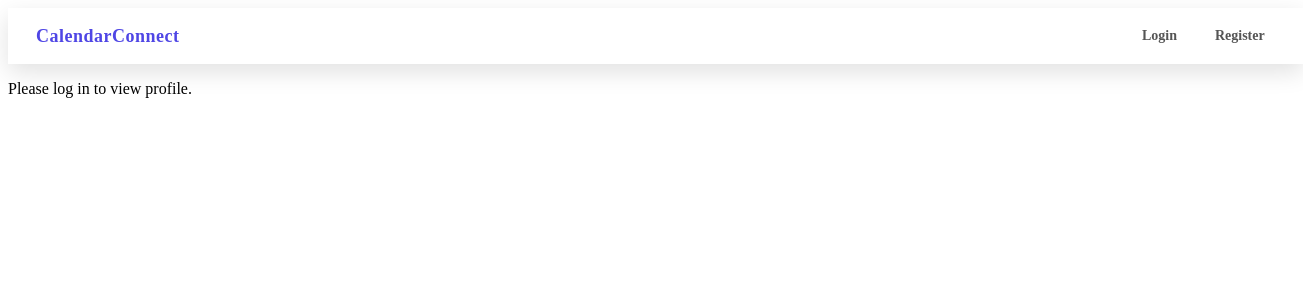
Repository: BMXracer44/CalendarConnect
Page: /profile (app in frontend/)
An editor plug-in stored every save of this project. The page is shown before and after the next save, followed by the edit.
The browser window is 1280 px wide. The page is 1303 px wide, then 1280 px, then 1303 px, so the pictures cover 1303 px, including what lies to the right of the window. The pictures show the whole page.
The project was rebuilt for these pictures with package versions that can differ from the ones it lists, and the page was loaded fresh each time. Also part of the build but not shown: frontend/src/pages/Login.jsx, frontend/src/pages/Register.jsx, frontend/src/pages/Calendar.jsx.

Above is the page before, as saved 2026-04-14 10:57:41.

### frontend/src/index.js
import React from "react";
import ReactDOM from "react-dom/client";
import App from "./App";
import { AuthProvider } from "./context/AuthContext";
import { router } from "./router";
import { RouterProvider } from "react-router-dom";
import "./index.css";

ReactDOM.createRoot(document.getElementById("root")).render(
  <AuthProvider>
    <RouterProvider router={router} />
  </AuthProvider>
);

### frontend/src/App.js
import { Outlet } from "react-router-dom";
import Navbar from "./components/Navbar";
import "./index.css";

function App() {
  return (
    <div>
      <Navbar />
      <Outlet />
    </div>
  );
}

export default App;

### frontend/src/context/AuthContext.js
import { createContext, useState } from "react";

export const AuthContext = createContext();

export const AuthProvider = ({ children }) => {
  const [user, setUser] = useState(() => {
    const token = localStorage.getItem("token");
    const username = localStorage.getItem("username");

    return token && username ? { username, token } : null;
  });

  const login = (data) => {
    const username = data.username || data.user?.username;

    localStorage.setItem("token", data.token);
    localStorage.setItem("username", username);

    setUser({ username, token: data.token });
  };

  const logout = () => {
    localStorage.removeItem("token");
    localStorage.removeItem("username");
    setUser(null);
  };

  return (
    <AuthContext.Provider value={{ user, login, logout }}>
      {children}
    </AuthContext.Provider>
  );
};

### frontend/src/router.jsx
import { createBrowserRouter } from "react-router-dom";
import App from "./App";
import Login from "./pages/Login";
import Register from "./pages/Register";
import Home from "./pages/Home";
import Profile from "./pages/Profile";
import Calendar from "./pages/Calendar";

export const router = createBrowserRouter([
  {
    path: "/",
    element: <App />,
    children: [
      { index: true, element: <Login /> },
      { path: "register", element: <Register /> },
      { path: "calendar", element: <Calendar /> },
      { path: "profile", element: <Profile /> }
    ]
  }
]);

### frontend/src/index.css
/* =========================
   GLOBAL PAGE BACKGROUND
========================= */
.login-container {
  min-height: 100vh;
  display: flex;
  justify-content: center;
  align-items: center;
  padding: 20px;
  background: linear-gradient(135deg, #667eea, #764ba2);
  font-family: Arial, sans-serif;
}

/* =========================
   AUTH CARD (LOGIN + REGISTER)
========================= */
.login-card {
  width: 100%;
  max-width: 400px;
  background: #ffffff;
  padding: 40px 35px;
  border-radius: 16px;
  box-shadow: 0 15px 40px rgba(0, 0, 0, 0.25);
  text-align: center;
  animation: fadeIn 0.4s ease-in-out;
}

/* Card animation */
@keyframes fadeIn {
  from {
    opacity: 0;
    transform: translateY(15px);
  }
  to {
    opacity: 1;
    transform: translateY(0);
  }
}

/* =========================
   HEADINGS
========================= */
.login-card h2 {
  font-size: 26px;
  margin-bottom: 8px;
  color: #333;
}

.login-card p {
  font-size: 14px;
  color: #777;
  margin-bottom: 18px;
}

/* =========================
   INPUT FIELDS
========================= */
.login-card input {
  width: 100%;
  padding: 12px 14px;
  margin-top: 12px;
  border: 1px solid #ddd;
  border-radius: 10px;
  font-size: 14px;
  outline: none;
  transition: all 0.25s ease;
}

/* Focus effect */
.login-card input:focus {
  border-color: #667eea;
  box-shadow: 0 0 8px rgba(102, 126, 234, 0.35);
}

/* =========================
   BUTTON
========================= */
.login-card button {
  width: 100%;
  padding: 12px;
  margin-top: 18px;
  background: #667eea;
  color: white;
  border: none;
  border-radius: 10px;
  font-size: 15px;
  font-weight: bold;
  cursor: pointer;
  transition: all 0.2s ease;
}

/* Hover effect */
.login-card button:hover {
  background: #5a67d8;
  transform: translateY(-2px);
}

/* =========================
   ERROR & SUCCESS MESSAGES
========================= */
.error-text {
  color: #e74c3c;
  font-size: 13px;
  margin-top: 10px;
}

.success-text {
  color: #2ecc71;
  font-size: 13px;
  margin-top: 10px;
}

/* =========================
   BOTTOM TEXT LINKS
========================= */
.bottom-text {
  margin-top: 18px;
  font-size: 13px;
  color: #555;
}

.bottom-text a {
  color: #667eea;
  font-weight: bold;
  text-decoration: none;
}

.bottom-text a:hover {
  text-decoration: underline;
}

/* =========================
   REGISTER SPACING (optional)
========================= */
.register-extra-spacing input {
  margin-top: 14px;
}

/* =========================
   NAVBAR (CLEAN MODERN STYLE)
========================= */

.navbar {
  width: 98%;
  display: flex;
  justify-content: space-between;
  align-items: center;

  padding: 14px 28px;

  /* matches login gradient theme subtly */
  background: rgba(255, 255, 255, 0.9);
  backdrop-filter: blur(10px);

  box-shadow: 0 8px 25px rgba(0, 0, 0, 0.12);
  position: sticky;
  top: 0;
  z-index: 1000;
}

/* LEFT BRAND */
.navbar-left {
  font-size: 18px;
  font-weight: 700;
  color: #4f46e5; /* matches purple theme */
  letter-spacing: 0.5px;
}

/* RIGHT SECTION */
.navbar-right {
  display: flex;
  align-items: center;
  gap: 18px;
}

/* LINKS */
.nav-link {
  text-decoration: none;
  font-size: 14px;
  font-weight: 600;
  color: #555;
  padding: 6px 10px;
  border-radius: 8px;
  transition: 0.2s ease;
}

.nav-link:hover {
  background: rgba(102, 126, 234, 0.12);
  color: #4f46e5;
}

/* USERNAME */
.nav-user {
  font-size: 14px;
  font-weight: 600;
  color: #333;
  padding: 6px 10px;
  border-radius: 8px;
  background: rgba(102, 126, 234, 0.08);
}

/* LOGOUT BUTTON */
.nav-button {
  padding: 7px 12px;
  border: none;
  border-radius: 10px;

  background: linear-gradient(135deg, #667eea, #764ba2);
  color: white;

  font-size: 13px;
  font-weight: 600;

  cursor: pointer;
  transition: 0.2s ease;
}

.nav-button:hover {
  transform: translateY(-2px);
  box-shadow: 0 6px 15px rgba(102, 126, 234, 0.35);
}

/* =========================
   CALENDAR PAGE (FULL SCREEN LAYOUT)
========================= */

.calendar-page {
  height: 100vh;
  display: flex;
  flex-direction: column;
  padding: 20px;
  box-sizing: border-box;

  /* same theme as login page */
  background: linear-gradient(135deg, #667eea, #764ba2);
  font-family: Arial, sans-serif;
}

/* TITLE */
.calendar-title {
  color: white;
  font-size: 22px;
  font-weight: bold;
  margin-bottom: 12px;
}

/* CALENDAR CONTAINER */
.calendar-wrapper {
  flex: 1; /* makes it fill remaining space */

  background: white;
  border-radius: 16px;
  padding: 12px;

  box-shadow: 0 15px 40px rgba(0, 0, 0, 0.25);

  display: flex;
  flex-direction: column;
  overflow: hidden;
}

/* =========================
   FULLCALENDAR FIXES
========================= */

/* make calendar stretch fully */
.fc {
  flex: 1;
  height: 100% !important;
  font-size: 13px;
}

/* toolbar (top buttons) */
.fc-toolbar {
  flex-wrap: wrap;
  gap: 8px;
}

/* calendar body */
.fc-view-harness {
  flex: 1;
  height: 100% !important;
}

/* grid cells smaller padding for better fit */
.fc .fc-daygrid-day-frame {
  padding: 4px;
}

/* header buttons styling (optional polish) */
.fc .fc-button {
  background: #667eea;
  border: none;
  font-size: 12px;
  padding: 6px 10px;
  border-radius: 8px;
}

.fc .fc-button:hover {
  background: #5a67d8;
}

.fc .fc-button-active {
  background: #4f46e5 !important;
}

### frontend/src/components/Navbar.jsx
import { useContext } from "react";
import { AuthContext } from "../context/AuthContext";
import { Link, useNavigate } from "react-router-dom";

const Navbar = () => {
  const { user, logout } = useContext(AuthContext);
  const navigate = useNavigate();

  const handleLogout = () => {
    logout();
    navigate("/");
  };

  return (
    <nav className="navbar">
      <div className="navbar-left">
        CalendarConnect
      </div>

      <div className="navbar-right">
        {!user ? (
          <>
            <Link to="/" className="nav-link">Login</Link>
            <Link to="/register" className="nav-link">Register</Link>
          </>
        ) : (
          <>
            <Link to="/profile" className="nav-user">{user.username}</Link>
            <Link to="/calendar" className="nav-link">Calendar</Link>

            <button className="nav-button" onClick={handleLogout}>
              Logout
            </button>
          </>
        )}
      </div>
    </nav>
  );
};

export default Navbar;

### frontend/src/pages/Profile.jsx
import React, { useContext, useState, useEffect } from "react";
import { AuthContext } from "../context/AuthContext";

const Profile = () => {
  const { user } = useContext(AuthContext);

  const [formData, setFormData] = useState({
    username: "",
    email: "",
    first_name: "",
    last_name: "",
    birthdate: "",
    phone_number: "",
    bio: "",
    profile_picture: null
  });

  const [error, setError] = useState("");
  const [success, setSuccess] = useState("");

  // Load user data
  useEffect(() => {
    if (user) {
      setFormData({
        username: user.username || "",
        email: user.email || "",
        first_name: user.first_name || "",
        last_name: user.last_name || "",
        birthdate: user.birthdate || "",
        phone_number: user.phone_number || "",
        bio: user.bio || "",
        profile_picture: null
      });
    }
  }, [user]);

  const handleChange = (e) => {
    setFormData({
      ...formData,
      [e.target.name]: e.target.value
    });
  };

  const handleFileChange = (e) => {
    setFormData({
      ...formData,
      profile_picture: e.target.files[0]
    });
  };

  const handleUpdate = async (e) => {
    e.preventDefault();

    try {
      const form = new FormData();

      form.append("username", formData.username);
      form.append("email", formData.email);
      form.append("first_name", formData.first_name);
      form.append("last_name", formData.last_name);
      form.append("birthdate", formData.birthdate);
      form.append("phone_number", formData.phone_number);
      form.append("bio", formData.bio);

      if (formData.profile_picture) {
        form.append("profile_picture", formData.profile_picture);
      }

      const response = await fetch(
        `http://localhost:8080/api/user/update/${user.id}`,
        {
          method: "PUT",
          headers: {
            Authorization: `Bearer ${user.token}`
          },
          body: form
        }
      );

      const data = await response.json();

      if (response.ok) {
        setSuccess("Profile updated successfully!");
        setError("");
      } else {
        setError(data.message || "Update failed");
        setSuccess("");
      }
    } catch (err) {
      setError("Server error");
    }
  };

  if (!user) {
    return <p>Please log in to view profile.</p>;
  }

  // ================= PROFILE IMAGE SOURCE =================
  const profileImage =
    formData.profile_picture
      ? URL.createObjectURL(formData.profile_picture)
      : user.profile_picture_url || user.profile_picture || null;

  return (
    <div className="login-container">
      <div className="login-card register-card">

        {/* ================= TOP: CURRENT INFO ================= */}
        <h2>Your Profile</h2>

        {/* PROFILE PICTURE DISPLAY */}
        {profileImage && (
          <img
            src={profileImage}
            alt="Profile"
            style={{
              width: "110px",
              height: "110px",
              borderRadius: "50%",
              objectFit: "cover",
              marginBottom: "10px"
            }}
          />
        )}

        <div className="profile-preview">
          <p><strong>Username:</strong> {formData.username}</p>
          <p><strong>Email:</strong> {formData.email}</p>
          <p><strong>Name:</strong> {formData.first_name} {formData.last_name}</p>
          <p><strong>Birthdate:</strong> {formData.birthdate}</p>
          <p><strong>Phone:</strong> {formData.phone_number}</p>
          <p><strong>Bio:</strong> {formData.bio}</p>
        </div>

        <hr />

        {/* ================= UPDATE FORM ================= */}
        <h3>Update Information</h3>

        {error && <p className="error-text">{error}</p>}
        {success && <p className="success-text">{success}</p>}

        <form onSubmit={handleUpdate} className="register-form">

          <input
            type="text"
            name="username"
            value={formData.username}
            onChange={handleChange}
          />

          <input
            type="email"
            name="email"
            value={formData.email}
            onChange={handleChange}
          />

          <input
            type="text"
            name="first_name"
            value={formData.first_name}
            onChange={handleChange}
          />

          <input
            type="text"
            name="last_name"
            value={formData.last_name}
            onChange={handleChange}
          />

          <input
            type="date"
            name="birthdate"
            value={formData.birthdate}
            onChange={handleChange}
          />

          <input
            type="text"
            name="phone_number"
            value={formData.phone_number}
            onChange={handleChange}
          />

          <input
            type="text"
            name="bio"
            value={formData.bio}
            onChange={handleChange}
          />

          {/* FILE UPLOAD */}
          <input
            type="file"
            accept="image/*"
            onChange={handleFileChange}
          />

          {/* PREVIEW NEW IMAGE */}
          {formData.profile_picture && (
            <img
              src={URL.createObjectURL(formData.profile_picture)}
              alt="Preview"
              style={{
                width: "80px",
                height: "80px",
                borderRadius: "50%",
                marginTop: "10px"
              }}
            />
          )}

          <button type="submit">Update Profile</button>
        </form>

      </div>
    </div>
  );
};

export default Profile;

Loaded but not shown: frontend/src/pages/Home.jsx (no stored copy; drawn as an empty file)

After the next save:
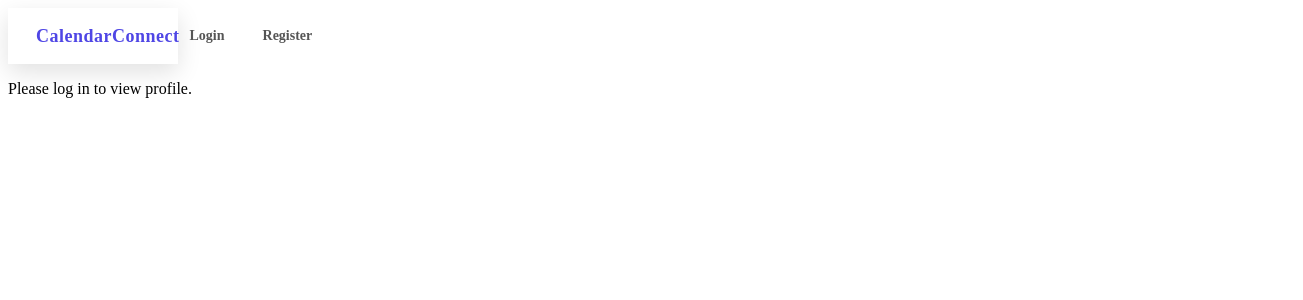
Saved 7 s later.
--- a/frontend/src/index.css
+++ b/frontend/src/index.css
@@ -141,7 +141,7 @@
 ========================= */
 
 .navbar {
-  width: 98%;
+  width: 9%;
   display: flex;
   justify-content: space-between;
   align-items: center;
@@ -219,87 +219,3 @@
   transform: translateY(-2px);
   box-shadow: 0 6px 15px rgba(102, 126, 234, 0.35);
 }
-
-/* =========================
-   CALENDAR PAGE (FULL SCREEN LAYOUT)
-========================= */
-
-.calendar-page {
-  height: 100vh;
-  display: flex;
-  flex-direction: column;
-  padding: 20px;
-  box-sizing: border-box;
-
-  /* same theme as login page */
-  background: linear-gradient(135deg, #667eea, #764ba2);
-  font-family: Arial, sans-serif;
-}
-
-/* TITLE */
-.calendar-title {
-  color: white;
-  font-size: 22px;
-  font-weight: bold;
-  margin-bottom: 12px;
-}
-
-/* CALENDAR CONTAINER */
-.calendar-wrapper {
-  flex: 1; /* makes it fill remaining space */
-
-  background: white;
-  border-radius: 16px;
-  padding: 12px;
-
-  box-shadow: 0 15px 40px rgba(0, 0, 0, 0.25);
-
-  display: flex;
-  flex-direction: column;
-  overflow: hidden;
-}
-
-/* =========================
-   FULLCALENDAR FIXES
-========================= */
-
-/* make calendar stretch fully */
-.fc {
-  flex: 1;
-  height: 100% !important;
-  font-size: 13px;
-}
-
-/* toolbar (top buttons) */
-.fc-toolbar {
-  flex-wrap: wrap;
-  gap: 8px;
-}
-
-/* calendar body */
-.fc-view-harness {
-  flex: 1;
-  height: 100% !important;
-}
-
-/* grid cells smaller padding for better fit */
-.fc .fc-daygrid-day-frame {
-  padding: 4px;
-}
-
-/* header buttons styling (optional polish) */
-.fc .fc-button {
-  background: #667eea;
-  border: none;
-  font-size: 12px;
-  padding: 6px 10px;
-  border-radius: 8px;
-}
-
-.fc .fc-button:hover {
-  background: #5a67d8;
-}
-
-.fc .fc-button-active {
-  background: #4f46e5 !important;
-}

After the save that followed:
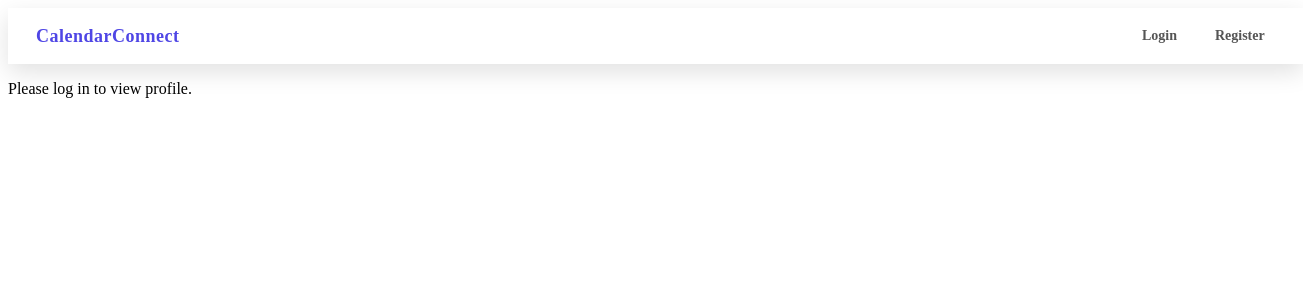
Saved 7 s later.
--- a/frontend/src/index.css
+++ b/frontend/src/index.css
@@ -141,7 +141,7 @@
 ========================= */
 
 .navbar {
-  width: 9%;
+  width: 98%;
   display: flex;
   justify-content: space-between;
   align-items: center;
